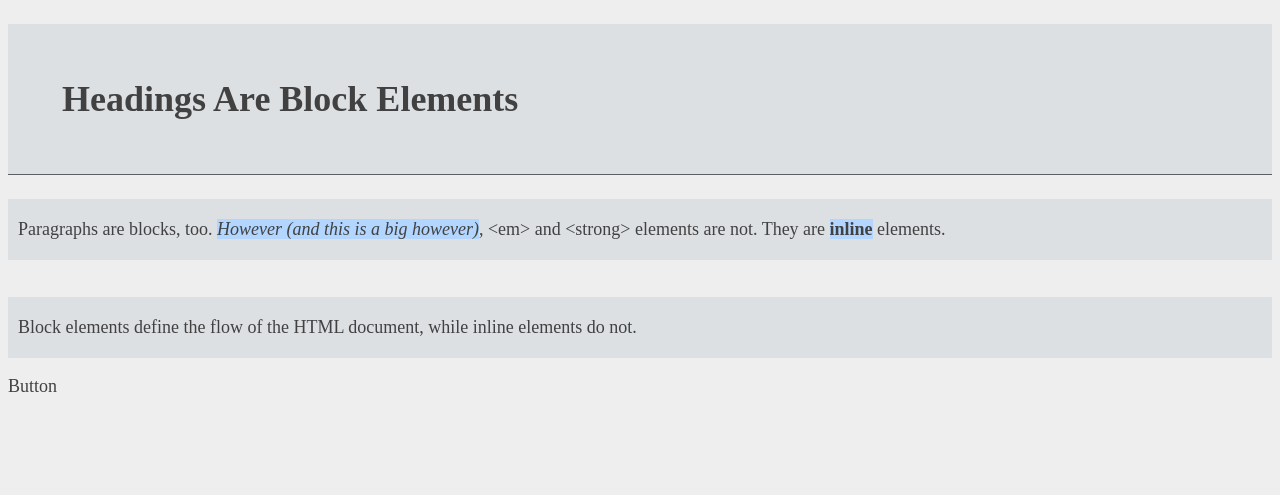
Repository: devinsheldon/CS-260
Page: CS260-F2022/environment/public_html/css-box-model/boxes.html
The author's editor kept a record of every edit. The page is drawn from the files as they stood at one moment, then again after the next edit.
The browser window is 1280 px wide. The pictures show the whole page.

Above is the page before.

After the next edit:
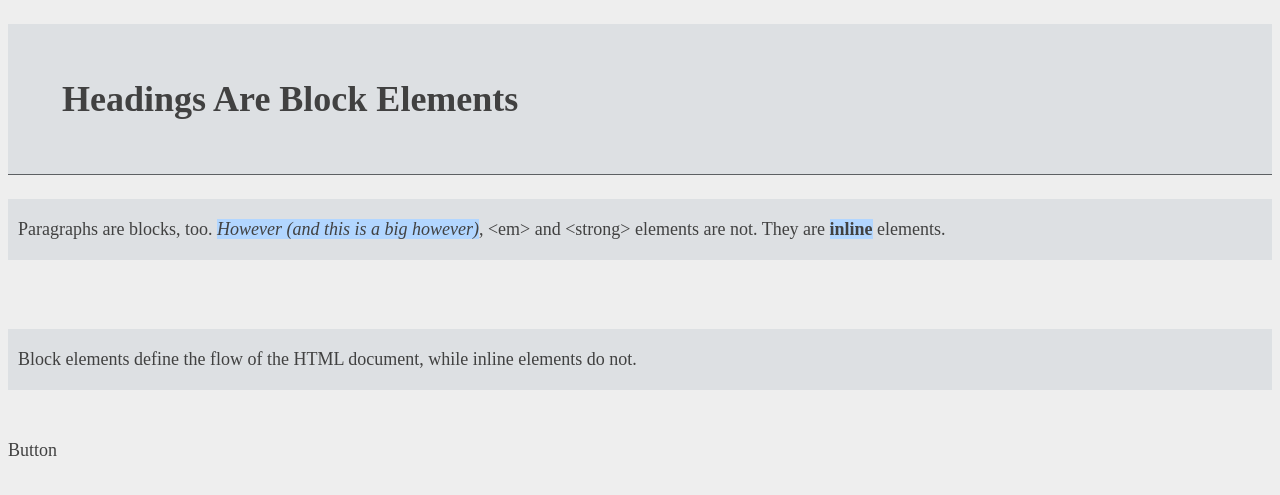
The edit:
--- a/CS260-F2022/environment/public_html/css-box-model/box-styles.css
+++ b/CS260-F2022/environment/public_html/css-box-model/box-styles.css
@@ -23,7 +23,8 @@
   padding: 20px 0 20px 10px;  /* Top  Right  Bottom  Left */
   /*OR you can do:
   padding: 20px 10px;  /* Vertical  Horizontal */
-
+  padding: 20px 0 20px 10px;
+  margin-bottom: 50px;          /* Add this */
 
 }
 
